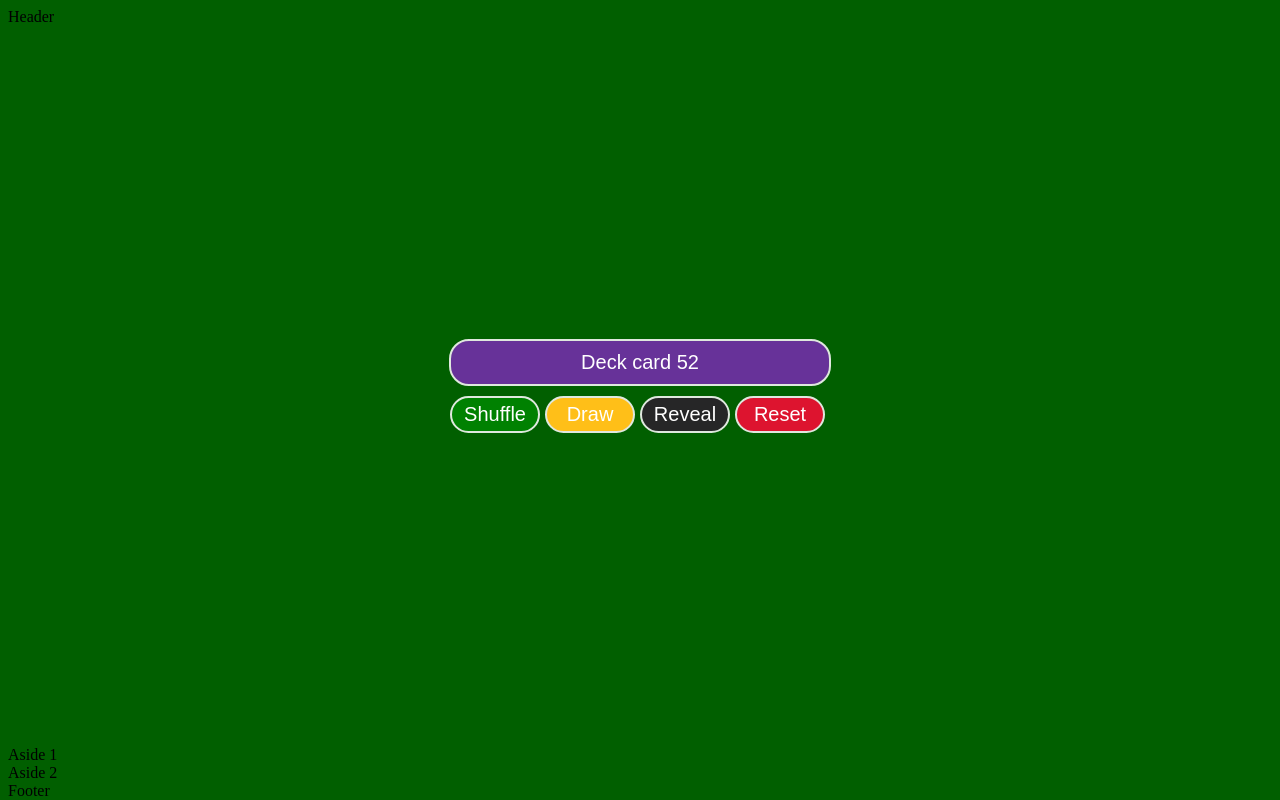
Repository: tiendungjr123/app-baicao
Page: /
These files come from the project's save history. The page is drawn as it stood at one moment and after the next save; the edit follows.
The browser window is 1280 px wide. The pictures show the whole page.
The project was rebuilt for these pictures with package versions that can differ from the ones it lists, and the page was loaded fresh each time. Also part of the build but not shown: src/index.css.

Above is the page before, as saved 2022-10-10 23:39:48.

### src/index.js
import React from 'react';
import ReactDOM from 'react-dom/client';
import './index.css';
import App from './App';

const root = ReactDOM.createRoot(document.getElementById('root'));
root.render(
   <React.StrictMode>
      <App />
   </React.StrictMode>
);

### src/App.js
import './App.css';
import Table from './Components/table';

function App() {
   return (
      <div class="wrapper">
         <header class="header">Header</header>
         <div class="main">
            <Table/>
         </div>
         <aside class="aside aside-1">Aside 1</aside>
         <aside class="aside aside-2">Aside 2</aside>
         <footer class="footer">Footer</footer>
      </div>

   );
}

export default App;

### src/App.css
@import "./Scss/style.css";

### src/Components/table.jsx
import React from 'react';

const Table = () => {
   return (
      <div className='table'>
         <button className='btn-deck-card'>Deck card 52</button>
         <div className='btn-action'>
            <button className='btn btn-shuffle'>Shuffle</button>
            <button className='btn btn-draw'>Draw</button>
            <button className='btn btn-reveal'>Reveal</button>
            <button className='btn btn-reset'>Reset</button>
         </div>
      </div>
   );
}

export default Table;

### src/Scss/style.css
.table {
  height: 100vh;
  display: flex;
  justify-content: center;
  align-items: center;
  flex-direction: column;
}
.table .btn-deck-card {
  border: 2px solid #DFE8DE;
  border-radius: 20px;
  color: #fff;
  font-size: 20px;
  font-weight: 400;
  background-color: #673299;
  padding: 10px 130px;
  margin-bottom: 10px;
}
.table .btn-action .btn {
  border: 2px solid #DFE8DE;
  border-radius: 20px;
  color: #fff;
  font-size: 20px;
  font-weight: 400;
  margin-right: 5px;
  padding: 5px 10px;
  width: 90px;
  cursor: pointer;
}
.table .btn-action .btn-shuffle {
  background-color: #008101;
}
.table .btn-action .btn-draw {
  background-color: #FFBF18;
}
.table .btn-action .btn-reveal {
  background-color: #262627;
}
.table .btn-action .btn-reset {
  background-color: #dd142f;
}

body {
  background-color: #015F00;
  height: 100vh;
}/*# sourceMappingURL=style.css.map */

### src/Components/card.jsx
import React from 'react';

const Card = () => {
   return (
      <div>
         card
      </div>
   );
}

export default Card;

Loaded but not shown: public/index.html (common file)

After the next save:
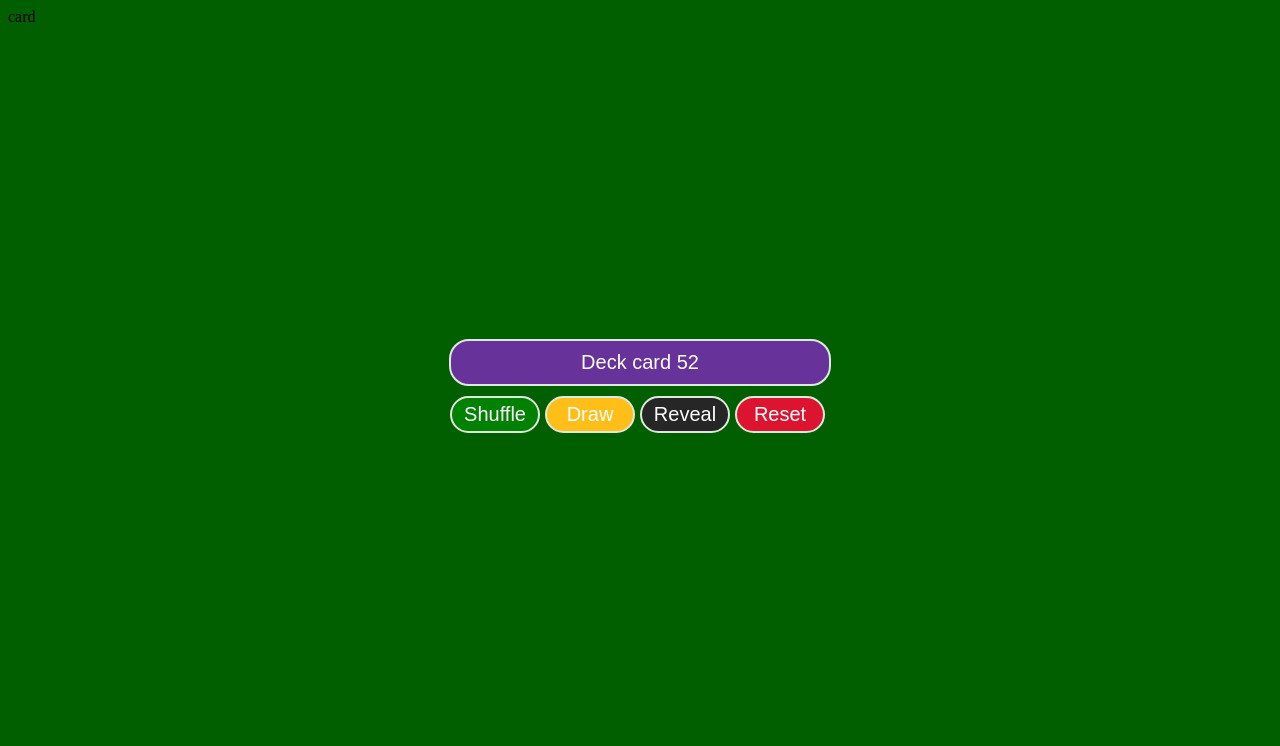
Saved 94 s later.
--- a/src/App.js
+++ b/src/App.js
@@ -1,16 +1,15 @@
 import './App.css';
+import Card from './Components/card';
 import Table from './Components/table';
 
 function App() {
    return (
       <div class="wrapper">
-         <header class="header">Header</header>
+         <Card/>
          <div class="main">
             <Table/>
          </div>
-         <aside class="aside aside-1">Aside 1</aside>
-         <aside class="aside aside-2">Aside 2</aside>
-         <footer class="footer">Footer</footer>
+
       </div>
 
    );
